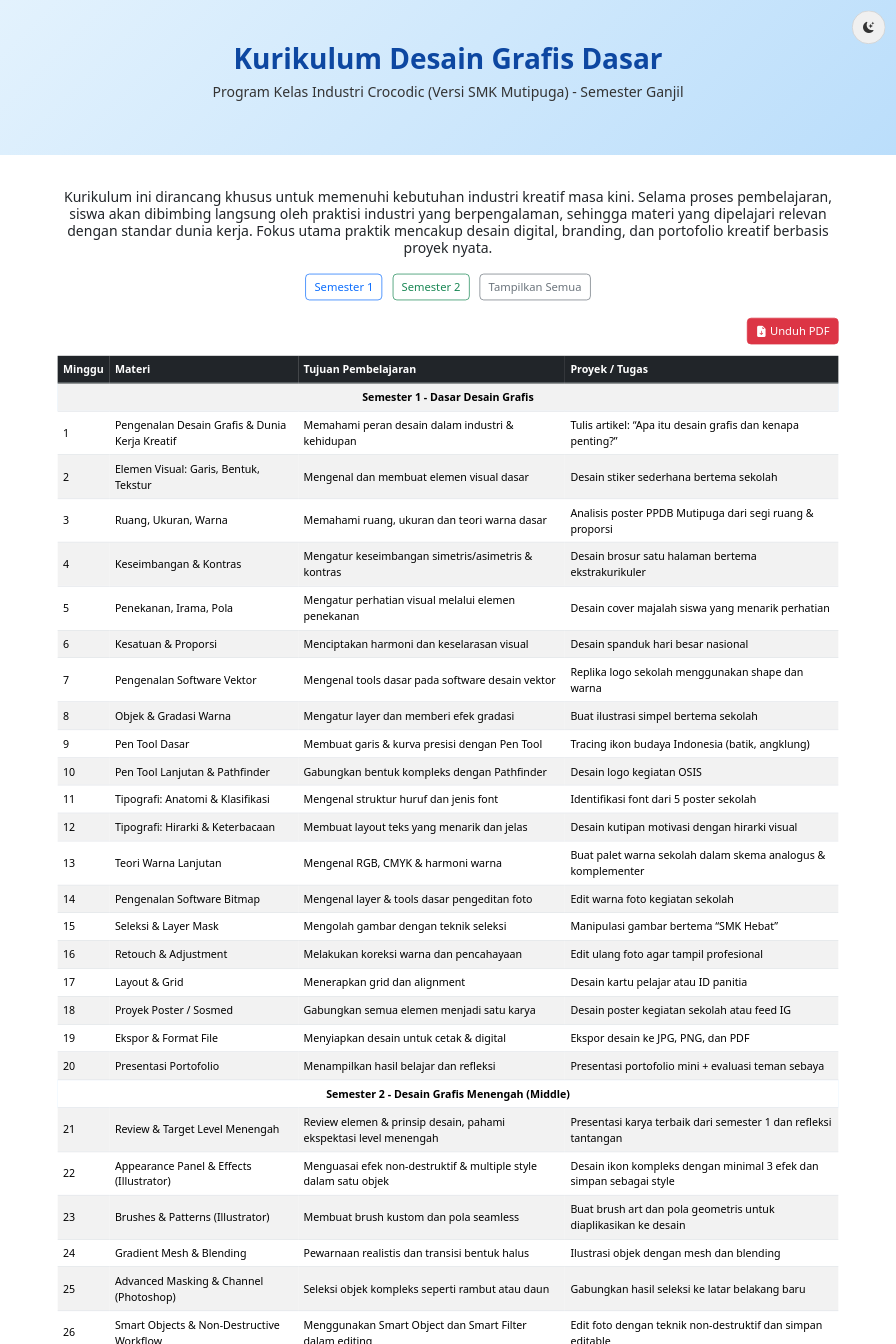
Repository: ppdbsmkmutipuga/kurikulumdesain
Page: index.html
These files come from the project's save history. The page is drawn as it stood at one moment and after a run of saves; the edit follows.
The browser window is 1280 px wide. The pictures show the part of the page from y = 0 to 1920 px (the page is 2901 px tall), at 70% of full size.

Above is the page before, as saved 2025-07-01 05:15:24.

### index.html
<!DOCTYPE html>
<html lang="id">

<head>
    <meta charset="UTF-8" />
    <meta name="viewport" content="width=device-width, initial-scale=1.0" />
    <title>Kurikulum Desain Grafis - SMK Mutipuga</title>
    <link href="https://cdn.jsdelivr.net/npm/bootstrap@5.3.3/dist/css/bootstrap.min.css" rel="stylesheet" />
    <link href="https://cdnjs.cloudflare.com/ajax/libs/aos/2.3.4/aos.css" rel="stylesheet" />
    <link href="https://cdn.jsdelivr.net/npm/bootstrap-icons@1.10.5/font/bootstrap-icons.css" rel="stylesheet">
    <link rel="stylesheet" href="style.css">
    <script src="https://cdnjs.cloudflare.com/ajax/libs/html2pdf.js/0.10.1/html2pdf.bundle.min.js"></script>

</head>

<body>
    <button class="btn btn-outline-dark mode-toggle" onclick="toggleMode()">
        <i class="bi bi-moon-stars-fill"></i>
    </button>

    <!-- Hero Section -->
    <section class="hero" data-aos="fade-down">
        <div class="container">
            <h1>Kurikulum Desain Grafis Dasar</h1>
            <p class="lead">Program Kelas Industri Crocodic (Versi SMK Mutipuga) - Semester Ganjil</p>
        </div>
    </section>

    <!-- Table Section -->
    <section class="container my-5" data-aos="fade-up">
        <h5 class="section-title text-center">
            Kurikulum ini dirancang khusus untuk memenuhi kebutuhan industri kreatif masa kini.
            Selama proses pembelajaran, siswa akan dibimbing langsung oleh praktisi industri yang berpengalaman,
            sehingga materi yang dipelajari relevan dengan standar dunia kerja.
            Fokus utama praktik mencakup desain digital, branding, dan portofolio kreatif berbasis proyek nyata.
        </h5>

        <div class="filter-buttons">
            <button class="btn btn-outline-primary" onclick="filterSemester(1)">Semester 1</button>
            <button class="btn btn-outline-success" onclick="filterSemester(2)">Semester 2</button>
            <button class="btn btn-outline-secondary" onclick="filterSemester(0)">Tampilkan Semua</button>
        </div>
        <div class="text-end my-3">
            <button class="btn btn-danger" onclick="downloadPDF()">
                <i class="bi bi-file-earmark-arrow-down-fill"></i> Unduh PDF
            </button>
        </div>

        <div id="pdf-content">
            <div class="table-container">
                <div class="table-responsive">
                    <table class="table table-striped table-hover align-middle mb-0" id="kurikulumTable">
                        <thead class="table-dark">
                            <tr>
                                <th scope="col">Minggu</th>
                                <th scope="col">Materi</th>
                                <th scope="col">Tujuan Pembelajaran</th>
                                <th scope="col">Proyek / Tugas</th>
                            </tr>
                        </thead>
                        <tbody>

                            <!-- Data rows akan di-load lewat JS -->
                        </tbody>
                    </table>
                </div>
            </div>
    </section>

    <!-- Footer -->
    <footer>
        &copy; 2025 SMK Muhammadiyah 3 Pucang Gading | Program Kelas Industri Crocodic
    </footer>

    <!-- Scripts -->
    <script src="https://cdn.jsdelivr.net/npm/bootstrap@5.3.3/dist/js/bootstrap.bundle.min.js"></script>
    <script src="https://cdnjs.cloudflare.com/ajax/libs/aos/2.3.4/aos.js"></script>
    <script src="script.js"></script>
</body>

</html>

### style.css
/* =========================
   HERO SECTION
========================= */
.hero {
  padding: 60px 0;
  background: linear-gradient(135deg, #e3f2fd, #bbdefb);
  text-align: center;
}

.hero h1 {
  font-weight: 700;
  font-size: 2.5rem;
  color: #0d47a1;
}

.hero p {
  font-size: 1.25rem;
  color: #333;
}

body.bg-dark .hero {
  background: linear-gradient(135deg, #1e1e1e, #2c2c2c);
}

body.bg-dark .hero h1 {
  color: #90caf9;
}

body.bg-dark .hero p {
  color: #cccccc;
}

/* =========================
   FILTER BUTTONS
========================= */
.filter-buttons {
  text-align: center;
  margin: 20px 0;
}

.filter-buttons .btn {
  margin: 5px;
}

body.bg-dark .btn-outline-primary {
  color: #90caf9;
  border-color: #90caf9;
}

body.bg-dark .btn-outline-success {
  color: #81c784;
  border-color: #81c784;
}

body.bg-dark .btn-outline-secondary {
  color: #b0bec5;
  border-color: #b0bec5;
}

/* =========================
   TABLE SECTION
========================= */
.table-container {
  overflow-x: auto;
}

.table th,
.table td {
  vertical-align: middle !important;
  font-size: 0.95rem;
}

/* Baris header semester (custom row) */
.table .table-header-row {
  background-color: #cce5ff;
  font-weight: 600;
  text-align: center;
}

body.bg-dark .table .table-header-row {
  background-color: #2c3e50;
  color: #ffffff !important;
}

/* DARK MODE TABLE FIX */
body.bg-dark .table,
body.bg-dark .table td,
body.bg-dark .table th {
  color: #f1f1f1 !important;
  background-color: transparent !important;
  opacity: 1 !important;
}

body.bg-dark .table-striped tbody tr:nth-of-type(odd) {
  background-color: #2c2c2c !important;
}

body.bg-dark .table-striped tbody tr:nth-of-type(even) {
  background-color: #1a1a1a !important;
}

body.bg-dark .table-hover tbody tr:hover {
  background-color: #3a3a3a !important;
}

body.bg-dark .table thead th {
  background-color: #111 !important;
  color: #fff !important;
  border-color: #444 !important;
}

body.bg-dark .table-primary {
  background-color: #455a64 !important;
  color: #fff !important;
}

/* =========================
   FOOTER
========================= */
footer {
  padding: 20px;
  text-align: center;
  background-color: #f1f1f1;
  margin-top: 50px;
  font-size: 0.9rem;
  color: #333;
}

body.bg-dark footer {
  background-color: #1e1e1e;
  color: #e0e0e0;
}

/* =========================
   MODE TOGGLE BUTTON
========================= */
.mode-toggle {
  position: fixed;
  top: 15px;
  right: 15px;
  z-index: 1000;
  border-radius: 50%;
  width: 48px;
  height: 48px;
  display: flex;
  align-items: center;
  justify-content: center;
  background-color: #f0f0f0;
  color: #333;
  border: 1px solid #ccc;
}

/* Header tabel semester */
.table-header-row {
  background-color: #cce5ff;
  /* mode terang */
  color: #0d47a1;
}

/* Ubah header semester agar lebih gelap dan teks lebih jelas di dark mode */
body.bg-dark .table-header-row {
  background-color: #37474f;
  /* warna gelap yang elegan */
  color: #ffffff;
}

body.bg-dark .mode-toggle {
  background-color: #333;
  color: #fff;
  border: 1px solid #666;
}

/* Footer default */
footer {
  padding: 20px;
  text-align: center;
  background-color: #f1f1f1;
  margin-top: 50px;
  font-size: 0.9rem;
  color: #333;
}

/* Footer saat dark mode */
body.bg-dark footer {
  background-color: #1e1e1e;
  color: #ccc;
}


/* =========================
   RESPONSIVE
========================= */
@media (max-width: 768px) {
  .hero h1 {
    font-size: 1.8rem;
  }

  .hero p {
    font-size: 1rem;
  }

  .table th,
  .table td {
    font-size: 0.85rem;
  }
}

@media (max-width: 576px) {
  .mode-toggle {
    width: 40px;
    height: 40px;
  }

  .hero {
    padding: 40px 0;
  }
}

@media print {
  body {
    background: #fff !important;
    color: #000 !important;
  }

  .mode-toggle,
  .filter-buttons,
  footer {
    display: none !important;
  }

  .table th,
  .table td {
    font-size: 0.75rem;
  }
}

@media print {

  html,
  body {
    width: 210mm;
    height: 297mm;
    margin: 0;
    padding: 0;
    overflow: hidden;
    zoom: 0.75;
    /* Sesuaikan skala agar muat ke PDF */
  }

  .table-container {
    overflow: visible !important;
  }

  .table-responsive {
    overflow: visible !important;
  }

  table {
    table-layout: fixed;
    width: 100% !important;
    word-wrap: break-word;
  }

  .table td,
  .table th {
    font-size: 10pt !important;
    padding: 6px 8px;
    white-space: normal !important;
  }

  .filter-buttons,
  .mode-toggle,
  footer {
    display: none !important;
  }
}

### script.js
// Inisialisasi animasi AOS
AOS.init();

// Data lengkap Week 1–40
const tableData = [
    { week: 'Semester 1 - Dasar Desain Grafis', isHeader: true, semester: 1 },
    { week: 1, materi: 'Pengenalan Desain Grafis & Dunia Kerja Kreatif', tujuan: 'Memahami peran desain dalam industri & kehidupan', tugas: 'Tulis artikel: “Apa itu desain grafis dan kenapa penting?”', semester: 1 },
    { week: 2, materi: 'Elemen Visual: Garis, Bentuk, Tekstur', tujuan: 'Mengenal dan membuat elemen visual dasar', tugas: 'Desain stiker sederhana bertema sekolah', semester: 1 },
    { week: 3, materi: 'Ruang, Ukuran, Warna', tujuan: 'Memahami ruang, ukuran dan teori warna dasar', tugas: 'Analisis poster PPDB Mutipuga dari segi ruang & proporsi', semester: 1 },
    { week: 4, materi: 'Keseimbangan & Kontras', tujuan: 'Mengatur keseimbangan simetris/asimetris & kontras', tugas: 'Desain brosur satu halaman bertema ekstrakurikuler', semester: 1 },
    { week: 5, materi: 'Penekanan, Irama, Pola', tujuan: 'Mengatur perhatian visual melalui elemen penekanan', tugas: 'Desain cover majalah siswa yang menarik perhatian', semester: 1 },
    { week: 6, materi: 'Kesatuan & Proporsi', tujuan: 'Menciptakan harmoni dan keselarasan visual', tugas: 'Desain spanduk hari besar nasional', semester: 1 },
    { week: 7, materi: 'Pengenalan Software Vektor', tujuan: 'Mengenal tools dasar pada software desain vektor', tugas: 'Replika logo sekolah menggunakan shape dan warna', semester: 1 },
    { week: 8, materi: 'Objek & Gradasi Warna', tujuan: 'Mengatur layer dan memberi efek gradasi', tugas: 'Buat ilustrasi simpel bertema sekolah', semester: 1 },
    { week: 9, materi: 'Pen Tool Dasar', tujuan: 'Membuat garis & kurva presisi dengan Pen Tool', tugas: 'Tracing ikon budaya Indonesia (batik, angklung)', semester: 1 },
    { week: 10, materi: 'Pen Tool Lanjutan & Pathfinder', tujuan: 'Gabungkan bentuk kompleks dengan Pathfinder', tugas: 'Desain logo kegiatan OSIS', semester: 1 },
    { week: 11, materi: 'Tipografi: Anatomi & Klasifikasi', tujuan: 'Mengenal struktur huruf dan jenis font', tugas: 'Identifikasi font dari 5 poster sekolah', semester: 1 },
    { week: 12, materi: 'Tipografi: Hirarki & Keterbacaan', tujuan: 'Membuat layout teks yang menarik dan jelas', tugas: 'Desain kutipan motivasi dengan hirarki visual', semester: 1 },
    { week: 13, materi: 'Teori Warna Lanjutan', tujuan: 'Mengenal RGB, CMYK & harmoni warna', tugas: 'Buat palet warna sekolah dalam skema analogus & komplementer', semester: 1 },
    { week: 14, materi: 'Pengenalan Software Bitmap', tujuan: 'Mengenal layer & tools dasar pengeditan foto', tugas: 'Edit warna foto kegiatan sekolah', semester: 1 },
    { week: 15, materi: 'Seleksi & Layer Mask', tujuan: 'Mengolah gambar dengan teknik seleksi', tugas: 'Manipulasi gambar bertema “SMK Hebat”', semester: 1 },
    { week: 16, materi: 'Retouch & Adjustment', tujuan: 'Melakukan koreksi warna dan pencahayaan', tugas: 'Edit ulang foto agar tampil profesional', semester: 1 },
    { week: 17, materi: 'Layout & Grid', tujuan: 'Menerapkan grid dan alignment', tugas: 'Desain kartu pelajar atau ID panitia', semester: 1 },
    { week: 18, materi: 'Proyek Poster / Sosmed', tujuan: 'Gabungkan semua elemen menjadi satu karya', tugas: 'Desain poster kegiatan sekolah atau feed IG', semester: 1 },
    { week: 19, materi: 'Ekspor & Format File', tujuan: 'Menyiapkan desain untuk cetak & digital', tugas: 'Ekspor desain ke JPG, PNG, dan PDF', semester: 1 },
    { week: 20, materi: 'Presentasi Portofolio', tujuan: 'Menampilkan hasil belajar dan refleksi', tugas: 'Presentasi portofolio mini + evaluasi teman sebaya', semester: 1 },
    { week: 'Semester 2 - Desain Grafis Menengah (Middle)', isHeader: true, semester: 2 },
    { week: 21, materi: 'Review & Target Level Menengah', tujuan: 'Review elemen & prinsip desain, pahami ekspektasi level menengah', tugas: 'Presentasi karya terbaik dari semester 1 dan refleksi tantangan', semester: 2 },
    { week: 22, materi: 'Appearance Panel & Effects (Illustrator)', tujuan: 'Menguasai efek non-destruktif & multiple style dalam satu objek', tugas: 'Desain ikon kompleks dengan minimal 3 efek dan simpan sebagai style', semester: 2 },
    { week: 23, materi: 'Brushes & Patterns (Illustrator)', tujuan: 'Membuat brush kustom dan pola seamless', tugas: 'Buat brush art dan pola geometris untuk diaplikasikan ke desain', semester: 2 },
    { week: 24, materi: 'Gradient Mesh & Blending', tujuan: 'Pewarnaan realistis dan transisi bentuk halus', tugas: 'Ilustrasi objek dengan mesh dan blending', semester: 2 },
    { week: 25, materi: 'Advanced Masking & Channel (Photoshop)', tujuan: 'Seleksi objek kompleks seperti rambut atau daun', tugas: 'Gabungkan hasil seleksi ke latar belakang baru', semester: 2 },
    { week: 26, materi: 'Smart Objects & Non-Destructive Workflow', tujuan: 'Menggunakan Smart Object dan Smart Filter dalam editing', tugas: 'Edit foto dengan teknik non-destruktif dan simpan editable', semester: 2 },
    { week: 27, materi: 'Compositing & Manipulasi Foto', tujuan: 'Gabungkan beberapa gambar menjadi satu komposisi yang harmonis', tugas: 'Buat karya bertema surealis/fantasi dengan minimal 3 gambar', semester: 2 },
    { week: 28, materi: 'Font Pairing & Hirarki Tipografi Lanjut', tujuan: 'Gunakan kombinasi font yang efektif dan hirarki teks yang kompleks', tugas: 'Desain halaman majalah atau web dengan 3 level teks dan font pairing', semester: 2 },
    { week: 29, materi: 'Typographic Grid & Readability', tujuan: 'Menggunakan grid dan memahami keterbacaan teks panjang', tugas: 'Rancang ulang artikel agar lebih rapi dan nyaman dibaca', semester: 2 },
    { week: 30, materi: 'Psikologi Warna & Palet Kustom', tujuan: 'Pahami pengaruh warna terhadap persepsi', tugas: 'Buat 2 palet warna untuk brand fiktif, berikan justifikasi', semester: 2 },
    { week: 31, materi: 'Logo & Identitas Visual Dasar', tujuan: 'Pahami jenis-jenis logo dan elemen visual', tugas: 'Analisis logo UKM lokal dan berikan saran pengembangan', semester: 2 },
    { week: 32, materi: 'Logo Variasi & Style Guide Dasar', tujuan: 'Desain versi logo berbeda dan panduan penggunaannya', tugas: 'Buat minimal 3 versi logo + 1 halaman style guide sederhana', semester: 2 },
    { week: 33, materi: 'InDesign: Master Pages', tujuan: 'Mengenal interface dan penggunaan master page', tugas: 'Desain dokumen 4 halaman dengan elemen tetap', semester: 2 },
    { week: 34, materi: 'InDesign: Styles & Text Flow', tujuan: 'Membuat paragraph styles dan mengatur aliran teks', tugas: 'Desain artikel dummy dengan text threading dan paragraph styles', semester: 2 },
    { week: 35, materi: 'UI/UX Design Principles', tujuan: 'Memahami prinsip dasar usability dan perbedaan UI/UX', tugas: 'Analisis aplikasi populer dan evaluasi prinsip usability-nya', semester: 2 },
    { week: 36, materi: 'Desain Elemen UI Dasar', tujuan: 'Desain tombol, form, dan komponen lain dengan berbagai state', tugas: 'Buat set UI: tombol, form, card dengan tampilan konsisten', semester: 2 },
    { week: 37, materi: 'Brief, Riset & Moodboard', tujuan: 'Menganalisis brief dan membuat visual moodboard', tugas: 'Buat moodboard untuk proyek branding fiktif', semester: 2 },
    { week: 38, materi: 'Proyek Integratif', tujuan: 'Menggabungkan semua skill dalam satu proyek besar', tugas: 'Lanjutkan proyek branding/brosur/UI berdasarkan brief', semester: 2 },
    { week: 39, materi: 'Print & Web Optimization', tujuan: 'Optimalkan file desain untuk cetak dan web', tugas: 'Ekspor proyek ke versi cetak (PDF) dan digital (JPG/PNG)', semester: 2 },
    { week: 40, materi: 'Portfolio Review & Karir', tujuan: 'Review proyek akhir dan diskusi karir desain', tugas: 'Presentasikan proyek akhir + 3–5 karya untuk portofolio mini', semester: 2 },
];

const tbody = document.querySelector('#kurikulumTable tbody');

function renderTable(filter) {
    tbody.innerHTML = '';
    let hasPrintedSemester1Header = false;
    let hasPrintedSemester2Header = false;
    tableData.forEach(row => {
        if (filter === 0 || row.semester === filter || row.isHeader) {
            if (row.isHeader) {
                if ((filter === 1 && row.semester === 1 && !hasPrintedSemester1Header) ||
                    (filter === 2 && row.semester === 2 && !hasPrintedSemester2Header) ||
                    filter === 0) {
                    const tr = document.createElement('tr');
                    tr.className = 'table-header-row text-center fw-bold';
                    const td = document.createElement('td');
                    td.setAttribute('colspan', 4);
                    td.textContent = row.week;
                    tr.appendChild(td);
                    tbody.appendChild(tr);
                    if (row.semester === 1) hasPrintedSemester1Header = true;
                    if (row.semester === 2) hasPrintedSemester2Header = true;
                }
            } else {
                if (filter === 0 || row.semester === filter) {
                    const tr = document.createElement('tr');
                    tr.innerHTML = `
            <td>${row.week}</td>
            <td>${row.materi}</td>
            <td>${row.tujuan}</td>
            <td>${row.tugas}</td>
          `;
                    tbody.appendChild(tr);
                }
            }
        }
    });
}

function filterSemester(semester) {
    renderTable(semester);
}

function toggleMode() {
    document.body.classList.toggle('bg-dark');
    document.body.classList.toggle('text-white');
}

renderTable(0);


function downloadPDF() {
    const element = document.getElementById("pdf-content");
    const opt = {
        margin: 0.2,
        filename: "kurikulum-desain-grafis.pdf",
        image: { type: "jpeg", quality: 0.98 },
        html2canvas: {
            scale: 3,        // Lebih tajam
            useCORS: true,   // Jika ada gambar
            allowTaint: true
        },
        jsPDF: {
            unit: "mm",
            format: "a4",
            orientation: "portrait"
        },
        pagebreak: { mode: ['avoid-all', 'css', 'legacy'] }
    };
    html2pdf().set(opt).from(element).save();
}

After the next 2 saves:
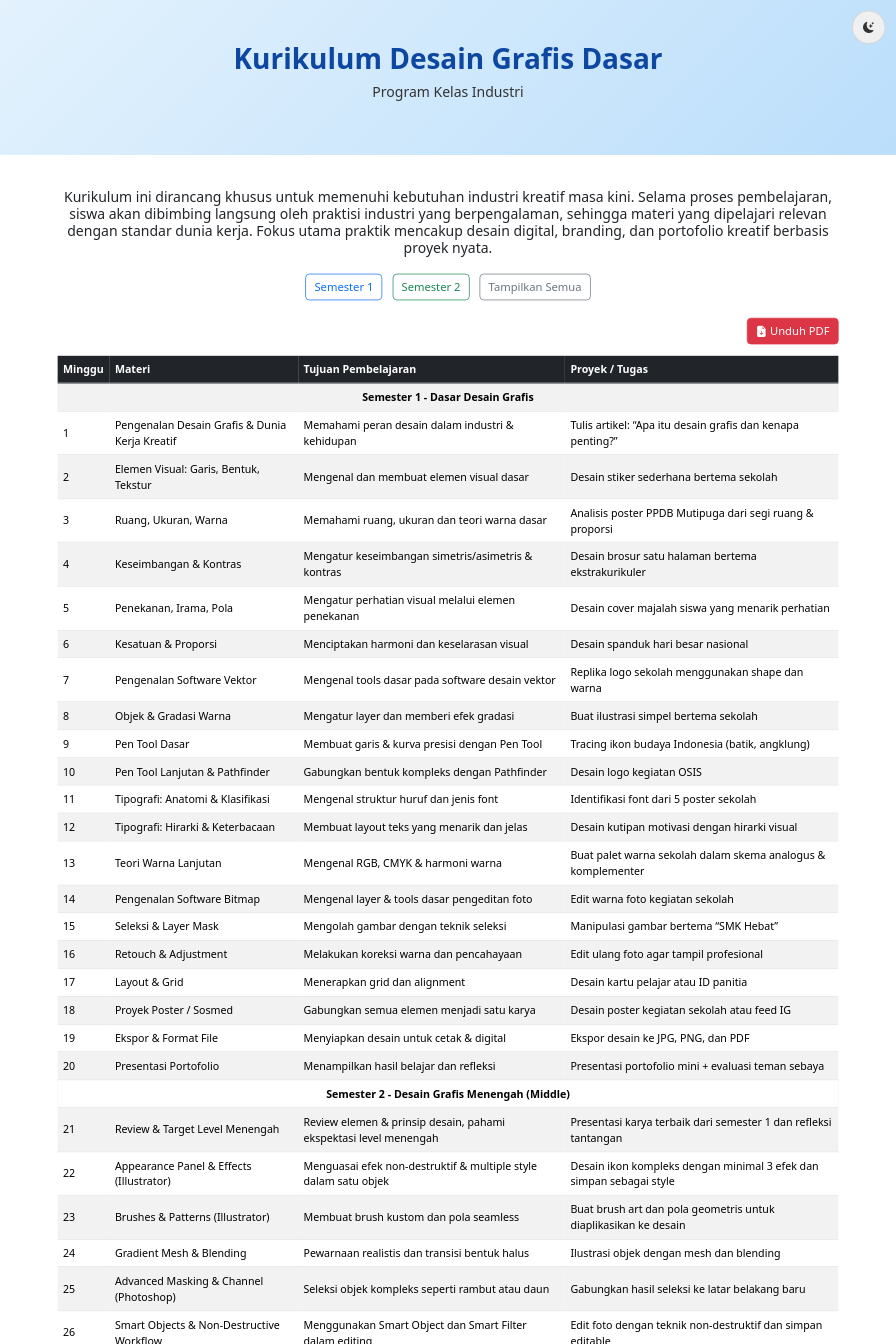
The 2 saves are shown as one change because they came seconds apart.
The last was saved 76 s later.
--- a/index.html
+++ b/index.html
@@ -22,7 +22,7 @@
     <section class="hero" data-aos="fade-down">
         <div class="container">
             <h1>Kurikulum Desain Grafis Dasar</h1>
-            <p class="lead">Program Kelas Industri Crocodic (Versi SMK Mutipuga) - Semester Ganjil</p>
+            <p class="lead">Program Kelas Industri</p>
         </div>
     </section>
 
